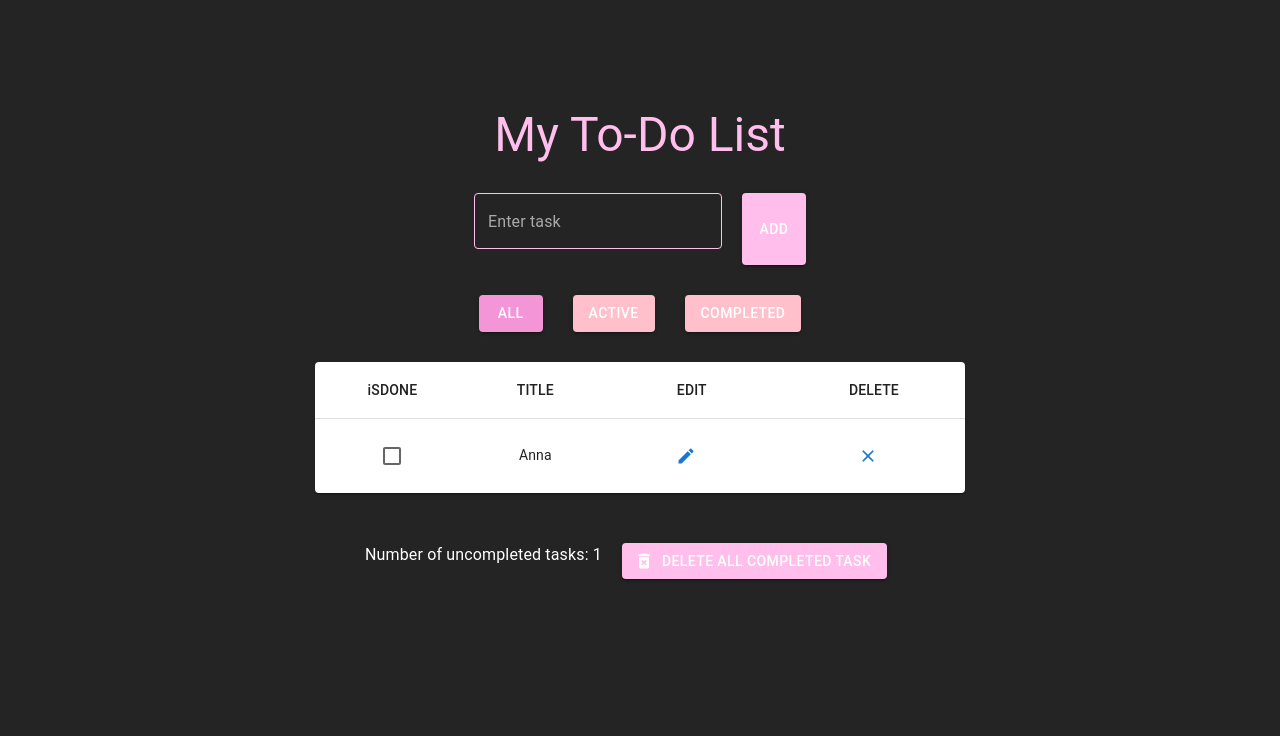
Repository: savannaaaas/ToDo_List
Page: /
These files come from the project's save history. The page is drawn as it stood at one moment and after the next save; the edit follows.
The browser window is 1280 px wide. The pictures show the whole page.
The project was rebuilt for these pictures with package versions that can differ from the ones it lists, and the page was loaded fresh each time. Also part of the build but not shown: vite.config.js.

Above is the page before, as saved 2025-09-16 12:39:00.

### src/main.jsx
import { StrictMode } from "react";
import { createRoot } from "react-dom/client";
import { store } from "./redux/store.js";
import { Provider } from "react-redux";
// import { TaskProvider } from "./provider/TaskProvider.jsx";
import App from "./App.jsx";
import "./index.css";

createRoot(document.getElementById("root")).render(
  <StrictMode>
    <Provider store={store}>
      <App />
    </Provider>
  </StrictMode>
);

### src/redux/store.js
import { combineReducers, legacy_createStore as createStore } from "redux";
import { reducer } from "./reducer";
const rootReducers = combineReducers({ tasks: reducer });

export const store = createStore(rootReducers);

### src/App.jsx
import { Header } from "./components/Header";
import { AddTask } from "./components/AddTask";
import { ShowTasks } from "./components/ShowTasks";
import { FilterTask } from "./components/FiterTasks";
import "./index.css";

function App() {
  return (
    <div className="toDo-list">
      <Header />
      <AddTask />
      <FilterTask />
      <ShowTasks />
    </div>
  );
}

export default App;

### src/index.css
:root {
  font-family: system-ui, Avenir, Helvetica, Arial, sans-serif;
  line-height: 1.5;
  font-weight: 400;
  background-color: #242424;
}


.toDo-list{
  display: flex;
  flex-direction: column;
  justify-content: center;
  align-items: center;
  min-height: 100vh;
  width: 100%;
  margin: 0 auto;
  box-sizing: border-box;
  gap: 30px;
}
.form{
  display: flex;
  flex-direction: row;
  gap: 20px;
}

### src/redux/reducer.js
const saveTask = localStorage.getItem("tasks");

const initialStore = {
  tasks: saveTask
    ? JSON.parse(saveTask)
    : [{ id: 1, title: "Anna", isDone: false }],
  editTaskId: null,
  text: "",
  filterTask: "all",
};

export const reducer = (store = initialStore, action) => {
  switch (action.type) {
    case "add": {
      return {
        ...store,
        tasks: [
          ...store.tasks,
          {
            id: crypto.randomUUID(),
            title: action.payload.title,
            isDone: false,
            date: new Date(),
          },
        ],
      };
    }

    case "deleteTasks":
      return {
        ...store,
        tasks: store.tasks.filter((task) => !task.isDone),
      };

    case "changeChecked":
      return {
        ...store,
        tasks: store.tasks.map((task) =>
          task.id === action.payload ? { ...task, isDone: !task.isDone } : task
        ),
      };

    case "deleteTask":
      return {
        ...store,
        tasks: store.tasks.filter((task) => task.id !== action.payload),
      };

    case "startEditTask":
      return {
        ...store,
        text: action.payload.title,
        editTaskId: action.payload.id,
      };

    case "editTask":
      return {
        ...store,
        text: action.payload,
      };

    case "saveTask":
      return {
        ...store,
        tasks: store.tasks.map((task) =>
          task.id === store.editTaskId ? { ...task, title: store.text } : task
        ),
        editTaskId: null,
        text: "",
      };

    case "filterTask": {
      return { ...store, filterTask: action.payload };
    }

    default:
      return store;
  }
};

### src/components/Header.jsx
import { Typography } from "@mui/material";

export const Header = () => {
  return (
    <Typography variant="h3" sx={{ color: "#ffbeec" }}>
      My To-Do List
    </Typography>
  );
};

### src/components/AddTask.jsx
import { Controller } from "react-hook-form";
import { useForm } from "react-hook-form";
import { schema } from "../schema/shema";
import { yupResolver } from "@hookform/resolvers/yup";
import { useDispatch, useSelector } from "react-redux";
import { add } from "../redux/action";
import { Button, TextField } from "@mui/material";
import { useCallback, useEffect, useState } from "react";
import Snackbar from "@mui/material/Snackbar";
import Alert from "@mui/material/Alert";

export const AddTask = () => {
  const [open, setOpen] = useState(false);

  const dispatch = useDispatch();

  const { tasks } = useSelector((store) => store.tasks);

  useEffect(() => {
    localStorage.setItem("tasks", JSON.stringify(tasks));
  }, [tasks]);

  const {
    control,
    handleSubmit,
    formState: { errors },
    reset,
  } = useForm({
    defaultValues: {
      title: "",
    },
    resolver: yupResolver(schema),
    mode: "onTouched",
  });

  const handleInputSubmit = useCallback(
    (data) => {
      dispatch(add(data));

      console.log(data);

      setOpen(true);

      reset();
    },
    [dispatch]
  );

  const handleClose = () => {
    setOpen(false);
  };

  return (
    <form onSubmit={handleSubmit(handleInputSubmit)} className="form">
      <Controller
        name="title"
        control={control}
        defaultValue=""
        render={({ field }) => {
          return (
            <TextField
              {...field}
              placeholder="Enter task"
              helperText={errors.title?.message}
              error={!!errors.title}
              sx={{
                "& .MuiOutlinedInput-root": {
                  "& fieldset": {
                    borderColor: "#ffbeec",
                    color: "white",
                  },
                  "& .MuiInputBase-input::placeholder": {
                    color: "#aaa",
                    opacity: 1,
                  },
                  "& .MuiInputBase-input": {
                    color: "#aaa",
                    opacity: 1,
                  },
                  "&:hover fieldset": {
                    borderColor: "#ff8fd8",
                    color: "white",
                  },
                },
                marginBottom: 2,
              }}
              color="secondary"
            />
          );
        }}
      />
      <Snackbar open={open} autoHideDuration={6000} onClose={handleClose}>
        <Alert
          onClose={handleClose}
          severity="success"
          variant="filled"
          sx={{ width: "100%" }}
        >
          Task added!
        </Alert>
      </Snackbar>
      <Button
        variant="contained"
        sx={{ backgroundColor: "#ffbeec" }}
        type="submit"
      >
        Add
      </Button>
    </form>
  );
};

### src/components/ShowTasks.jsx
import { useMemo } from "react";
import { useDispatch, useSelector } from "react-redux";
import { deleteTasks } from "../redux/action";
import { Task } from "./Task";
import Table from "@mui/material/Table";
import TableBody from "@mui/material/TableBody";
import TableCell from "@mui/material/TableCell";
import TableContainer from "@mui/material/TableContainer";
import TableHead from "@mui/material/TableHead";
import TableRow from "@mui/material/TableRow";
import Paper from "@mui/material/Paper";
import { Button, Checkbox, Typography } from "@mui/material";
import DeleteForeverIcon from "@mui/icons-material/DeleteForever";

export const ShowTasks = () => {
  const dispatch = useDispatch();

  const { tasks, filterTask } = useSelector((store) => store.tasks);

  const handleDeleteAllTask = () => {
    dispatch(deleteTasks());
  };

  const filterTasks = useMemo(
    () =>
      tasks.filter((task) => {
        if (filterTask === "active") {
          return !task.isDone;
        }
        if (filterTask === "completed") {
          return task.isDone;
        }
        console.log(task);
        return task;
      }),
    [tasks, filterTask]
  );

  const uncompletedTask = tasks.filter((task) => !task.isDone).length;

  return (
    <div>
      <TableContainer component={Paper}>
        <Table sx={{ minWidth: 650 }} aria-label="simple table">
          <TableHead>
            <TableRow>
              <TableCell align="center">iSDONE</TableCell>
              <TableCell align="center">TITLE</TableCell>
              <TableCell align="center">EDIT</TableCell>
              <TableCell align="center">DELETE</TableCell>
            </TableRow>
          </TableHead>
          <TableBody>
            {filterTasks
              .slice()
              .sort(
                (a, b) =>
                  new Date(b.date).getTime() - new Date(a.date).getTime()
              )
              .map((task) => {
                return <Task task={task} key={task.id} />;
              })}
          </TableBody>
        </Table>
      </TableContainer>
      <div
        style={{
          display: "flex",
          flexDirection: "row",
          gap: "20px",
          margin: "50px",
        }}
      >
        <Typography sx={{ color: "white" }}>
          Number of uncompleted tasks: {uncompletedTask}
        </Typography>
        <Button
          variant="contained"
          startIcon={<DeleteForeverIcon />}
          sx={{ backgroundColor: "#ffbeec" }}
          onClick={handleDeleteAllTask}
        >
          Delete All completed task
        </Button>
      </div>
    </div>
  );
};

### src/components/FiterTasks.jsx
import React from "react";
import { useDispatch, useSelector } from "react-redux";
import { filterNewTasks } from "../redux/action";
import { Button } from "@mui/material";

export const FilterTask = React.memo(() => {
  const { filterTask } = useSelector((store) => store.tasks);

  const dispatch = useDispatch();

  return (
    <div style={{ display: "flex", flexDirection: "row", gap: "30px" }}>
      <Button
        variant="contained"
        sx={{
          backgroundColor: filterTask === "all" ? "#f495d7ff" : "pink",
          color: "white",
        }}
        onClick={() => dispatch(filterNewTasks("all"))}
      >
        All
      </Button>
      <Button
        variant="contained"
        sx={{
          backgroundColor: filterTask === "active" ? "#f495d7ff" : "pink",
          color: "white",
        }}
        onClick={() => dispatch(filterNewTasks("active"))}
      >
        Active
      </Button>
      <Button
        variant="contained"
        sx={{
          backgroundColor: filterTask === "completed" ? "#f495d7ff" : "pink",
          color: "white",
        }}
        onClick={() => dispatch(filterNewTasks("completed"))}
      >
        Completed
      </Button>
    </div>
  );
});

### src/schema/shema.js
import * as yup from "yup";
export const schema = yup.object().shape({
  title: yup
    .string()
    .trim()
    .min(1, "The task must be more than 1 character long.")
    .required("This field is required")
    .test((value) => /^\S+$/.test(value)),
});

### src/redux/action.js
export const add = (data) => {
  return {
    type: "add",
    payload: data,
  };
};

export const deleteTasks = () => {
  return {
    type: "deleteTasks",
  };
};

export const changeChecked = (id) => {
  return {
    type: "changeChecked",
    payload: id,
  };
};

export const deleteTask = (id) => {
  return {
    type: "deleteTask",
    payload: id,
  };
};

export const editTasks = (newTitle) => {
  return {
    type: "editTask",
    payload: newTitle,
  };
};

export const startEditTasks = (id, title) => {
  return {
    type: "startEditTask",
    payload: { id, title },
  };
};

export const saveTask = () => {
  return {
    type: "saveTask",
  };
};

export const filterNewTasks = (status) => {
  return {
    type: "filterTask",
    payload: status,
  };
};

### src/components/Task.jsx
import React, { useCallback } from "react";
import { useDispatch, useSelector } from "react-redux";
import {
  changeChecked,
  deleteTask,
  editTasks,
  startEditTasks,
  saveTask,
} from "../redux/action";
import { Checkbox } from "@mui/material";
import TableCell from "@mui/material/TableCell";
import TableRow from "@mui/material/TableRow";
import ClearIcon from "@mui/icons-material/Clear";
import { Button, Input } from "@mui/material";
import ModeIcon from "@mui/icons-material/Mode";
import SaveAltIcon from "@mui/icons-material/SaveAlt";

export const Task = React.memo(({ task }) => {
  const dispatch = useDispatch();

  const { editTaskId, text } = useSelector((store) => store.tasks);

  const handleChangeChecked = useCallback(
    (id) => {
      dispatch(changeChecked(id));
    },
    [dispatch]
  );

  const handleDeleteTask = useCallback(
    (id) => {
      dispatch(deleteTask(id));
    },
    [dispatch]
  );

  const handleNewTitleTask = useCallback(
    (newTitle) => {
      dispatch(editTasks(newTitle));
    },
    [dispatch]
  );

  const handleStartEditTask = useCallback(
    (id, title) => {
      dispatch(startEditTasks(id, title));
    },
    [dispatch]
  );

  const handleSaveTask = useCallback(() => {
    dispatch(saveTask());
  }, [dispatch]);

  return (
    <TableRow
      key={task.id}
      sx={{ "&:last-child td, &:last-child th": { border: 0 } }}
    >
      <TableCell align="center">
        <Checkbox
          checked={task.isDone ?? false}
          onChange={() => handleChangeChecked(task.id)}
        />
      </TableCell>
      <TableCell
        align="center"
        sx={{ textDecoration: task.isDone ? "line-through" : "none" }}
      >
        {editTaskId === task.id ? (
          <Input
            value={text}
            onChange={(e) => handleNewTitleTask(e.target.value)}
          />
        ) : (
          task.title
        )}
      </TableCell>
      <TableCell align="center">
        <Button
          startIcon={editTaskId === task.id ? <SaveAltIcon /> : <ModeIcon />}
          onClick={() =>
            editTaskId === task.id
              ? handleSaveTask()
              : handleStartEditTask(task.id, task.title)
          }
        />
      </TableCell>
      <TableCell align="center">
        <Button
          startIcon={<ClearIcon />}
          onClick={() => handleDeleteTask(task.id)}
        />
      </TableCell>
    </TableRow>
  );
});

Loaded but not shown: index.html (common file)

After the next save:
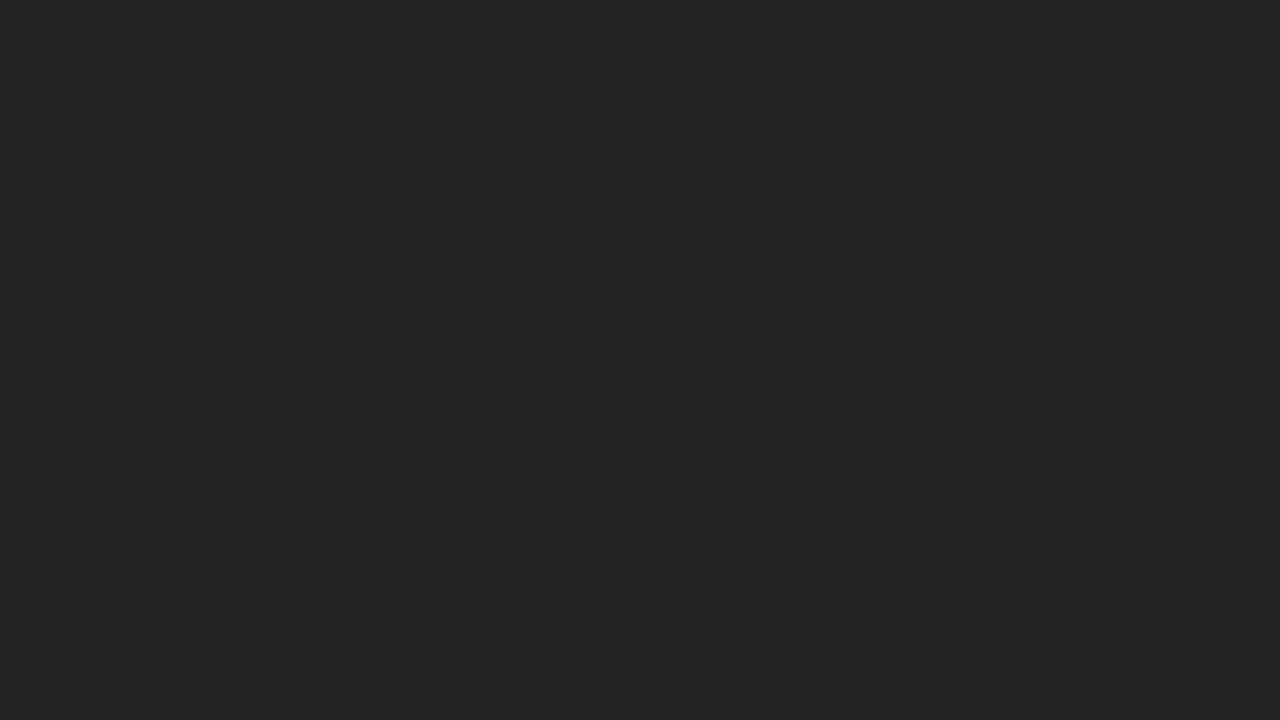
Console error: ReferenceError: data is not defined
Saved 7 s later.
--- a/src/components/AddTask.jsx
+++ b/src/components/AddTask.jsx
@@ -43,7 +43,7 @@
 
       reset();
     },
-    [dispatch]
+    [dispatch, data]
   );
 
   const handleClose = () => {

After the save that followed:
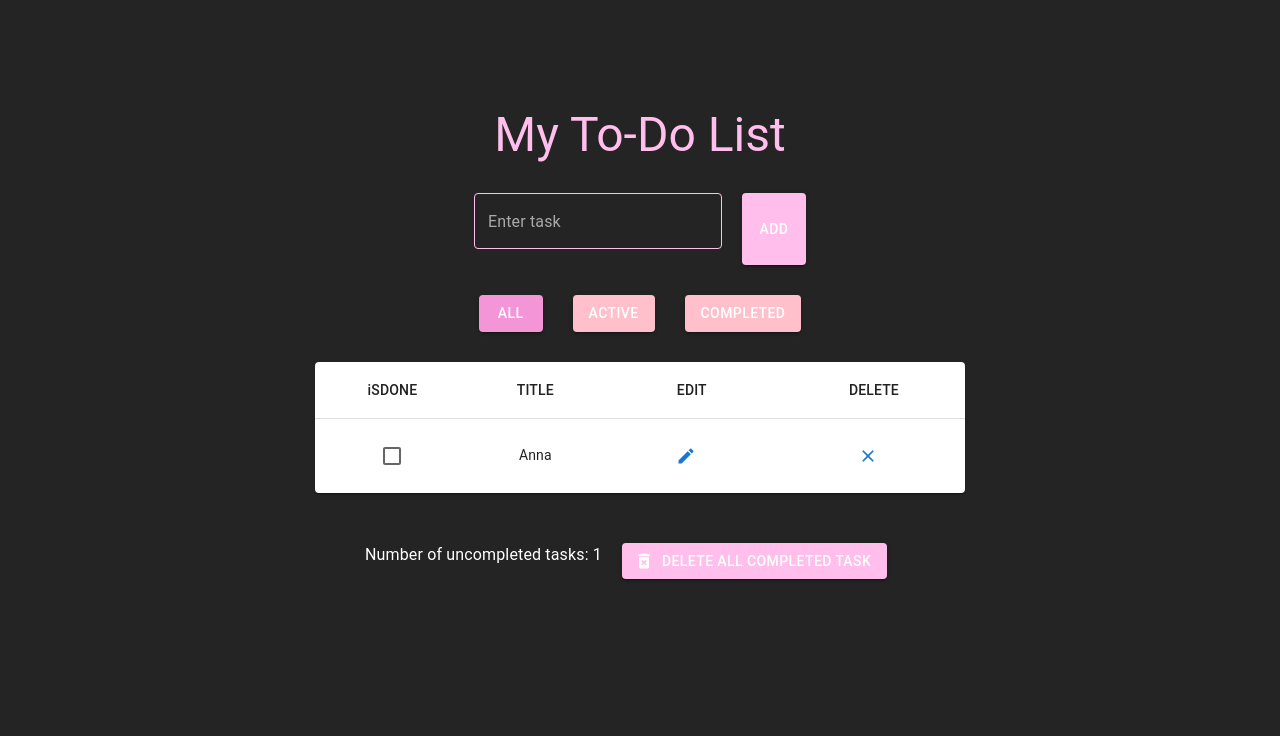
The error is gone.
Saved 28 s later.
--- a/src/components/AddTask.jsx
+++ b/src/components/AddTask.jsx
@@ -37,13 +37,11 @@
     (data) => {
       dispatch(add(data));
 
-      console.log(data);
-
       setOpen(true);
 
       reset();
     },
-    [dispatch, data]
+    [dispatch, setOpen.reset]
   );
 
   const handleClose = () => {
